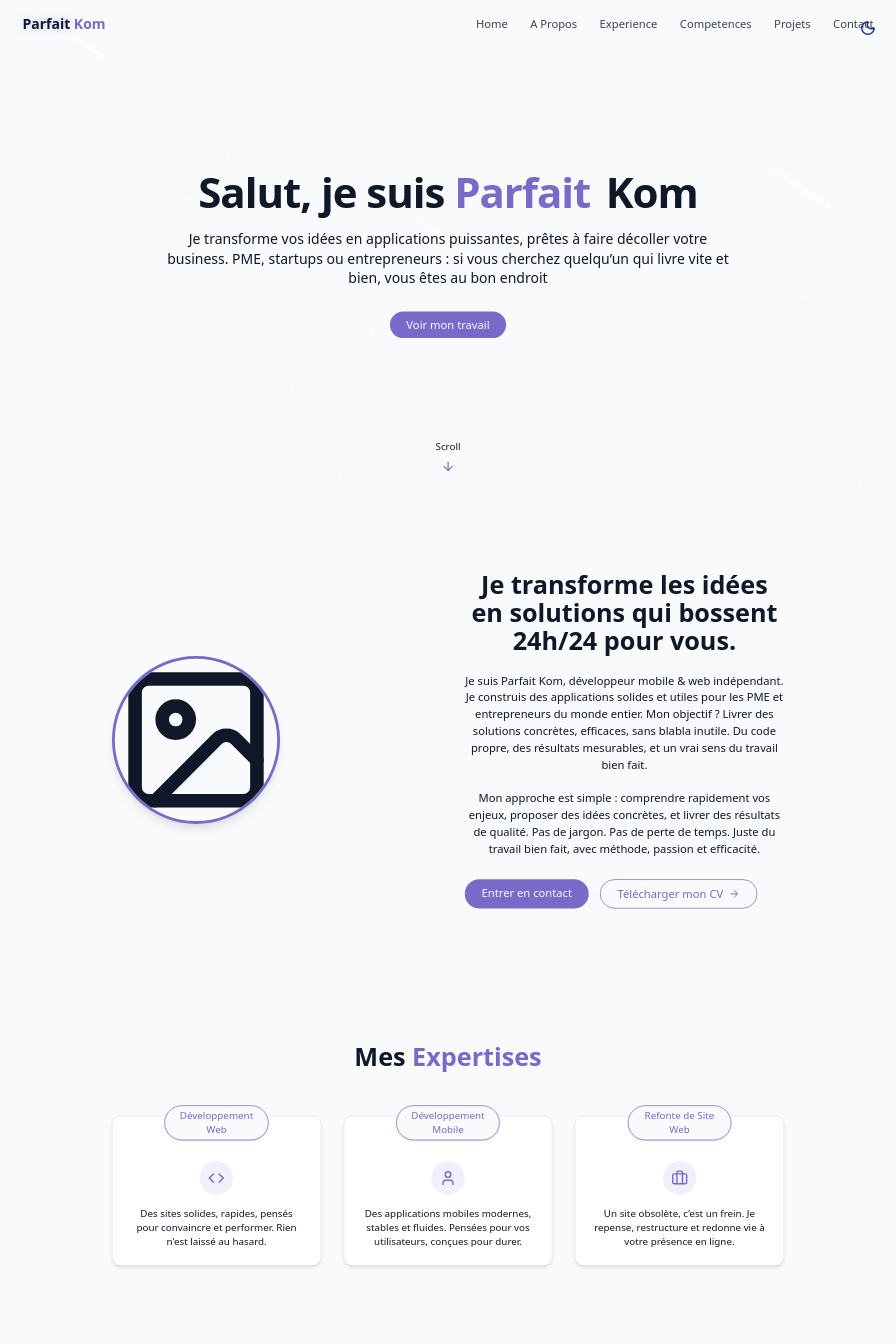
Repository: KOMI18/komi-folio
Page: /
An editor plug-in stored every save of this project. The page is shown before and after a run of saves, followed by the edit.
The browser window is 1280 px wide. The pictures show the part of the page from y = 0 to 1920 px (the page is 5995 px tall), at 70% of full size.
The project was rebuilt for these pictures with package versions that can differ from the ones it lists, and the page was loaded fresh each time. Also part of the build but not shown: vite.config.js, src/pages/NotFound.jsx.

Above is the page before, as saved 2025-06-27 20:02:18.

After the next 6 saves:
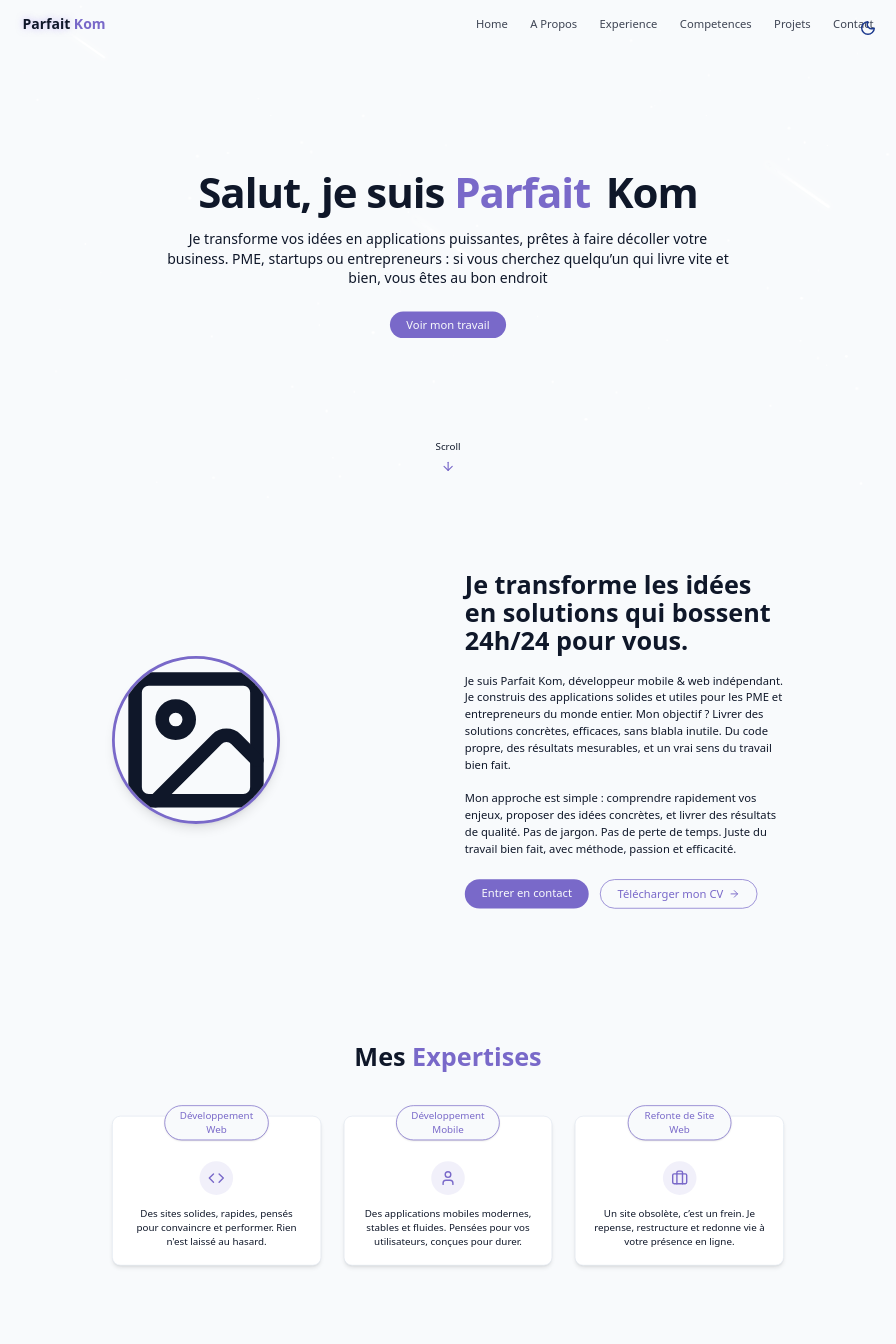
The 6 saves are shown as one change because they came seconds apart.
The last was saved 17 s later.
--- a/src/components/AboutSection.jsx
+++ b/src/components/AboutSection.jsx
@@ -20,15 +20,15 @@ export const AboutSection = () => {
 
         {/* Content */}
         <div className="space-y-6">
-          <h2 className="text-3xl md:text-4xl font-bold text-center">
+          <h2 className="text-3xl md:text-4xl font-bold text-center md:text-left">
             Je transforme les idées en solutions qui bossent 24h/24 pour vous.
           </h2>
 
-          <p className="text-muted-foreground text-center">
+          <p className="text-muted-foreground text-center md:text-left">
             Je suis Parfait Kom, développeur mobile & web indépendant. Je construis des applications solides et utiles pour les PME et entrepreneurs du monde entier. Mon objectif ? Livrer des solutions concrètes, efficaces, sans blabla inutile. Du code propre, des résultats mesurables, et un vrai sens du travail bien fait.
           </p>
 
-          <p className="text-muted-foreground text-center">
+          <p className="text-muted-foreground text-center md:text-left">
             Mon approche est simple : comprendre rapidement vos enjeux, proposer des idées concrètes, et livrer des résultats de qualité. Pas de jargon. Pas de perte de temps. Juste du travail bien fait, avec méthode, passion et efficacité.
           </p>
 
